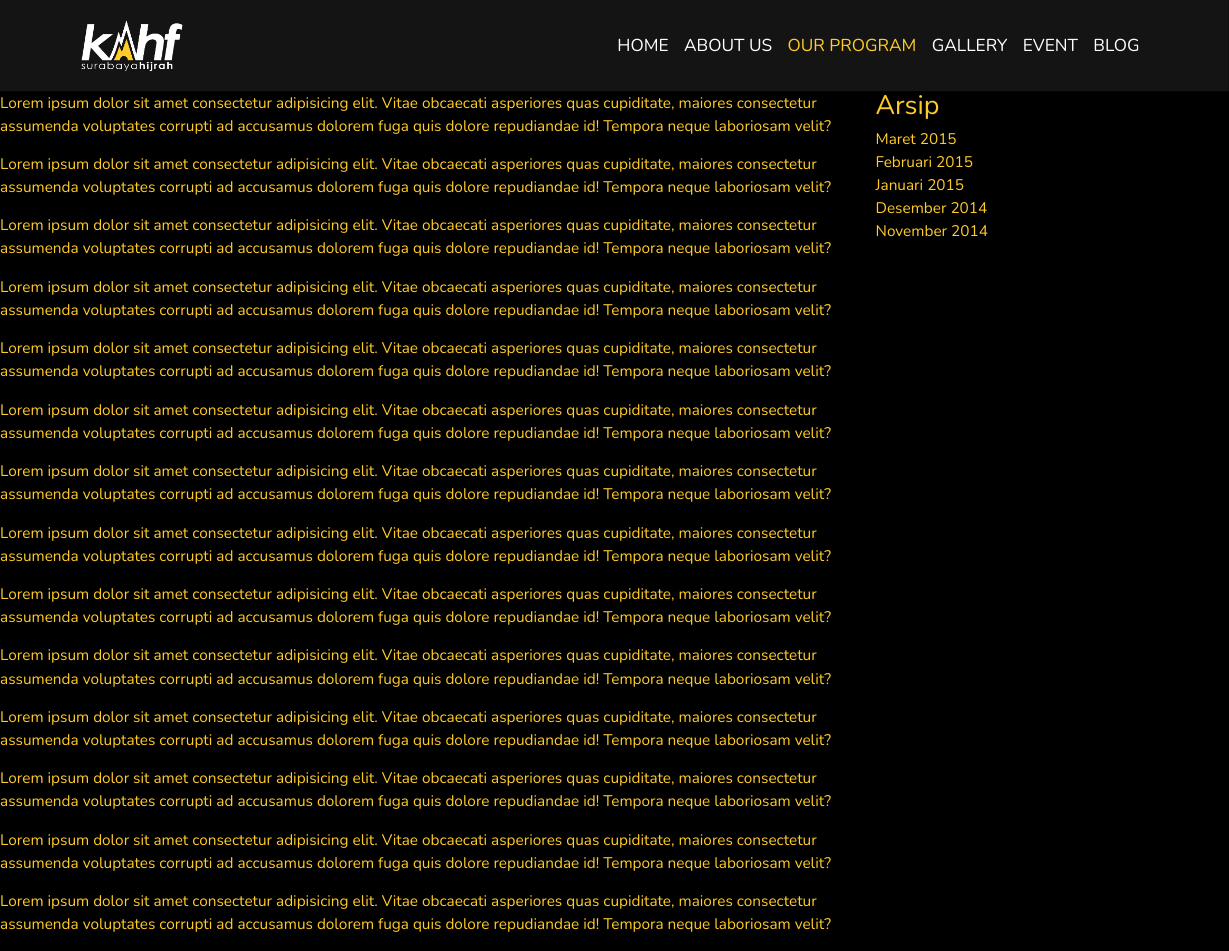
Repository: shandytp/surabaya-hijrah
Page: http://localhost/ourprogram.php
The author's editor kept a copy of each file at every save. The page is drawn from the files as they stood at one save, then again after the next save.
The browser window is 1280 px wide. The pictures show the whole page, at 96% of full size.
Some web libraries are served in a nearby version. The page is run by PHP 8.4 with error messages shown; the project is at /var/www/html/.

Above is the page before, as saved 2019-08-20 21:43:43.
Console error: TypeError: Cannot read properties of undefined (reading 'fn')

After the next save:
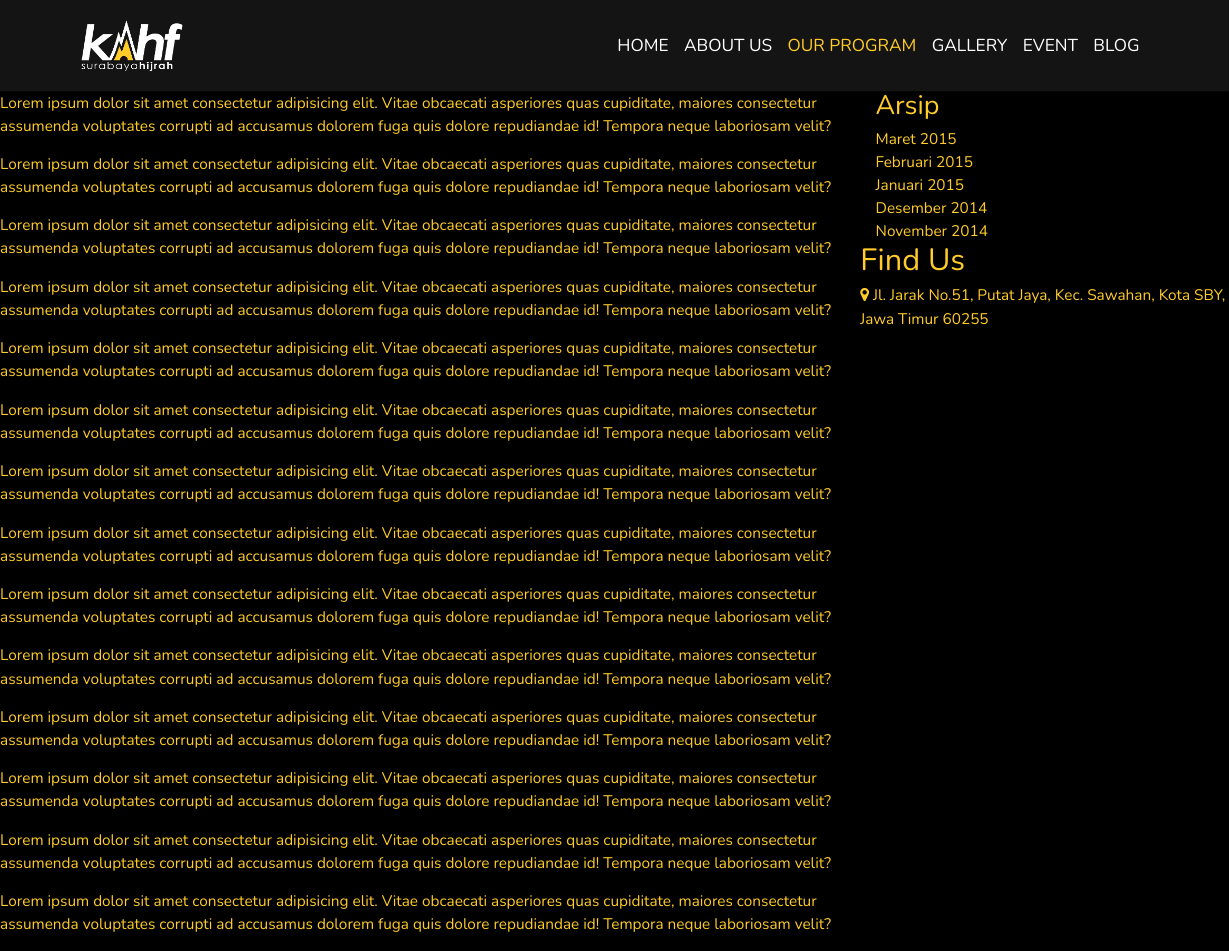
Saved 32 min 55 s later.
--- a/ourprogram.php
+++ b/ourprogram.php
@@ -113,5 +113,12 @@
   </ul>
 </aside>
 
+<!-- footer -->
+          <h2 class="footer">Find Us</h2>
+            <a href="https://g.page/surabayahijrah?share"
+            target="_blank"><i class="fa fa-map-marker" aria-hidden="true"></i> Jl. Jarak No.51, Putat Jaya, Kec. Sawahan, Kota SBY, Jawa Timur 60255</a>
+
+
+
 </body>
 </html>
